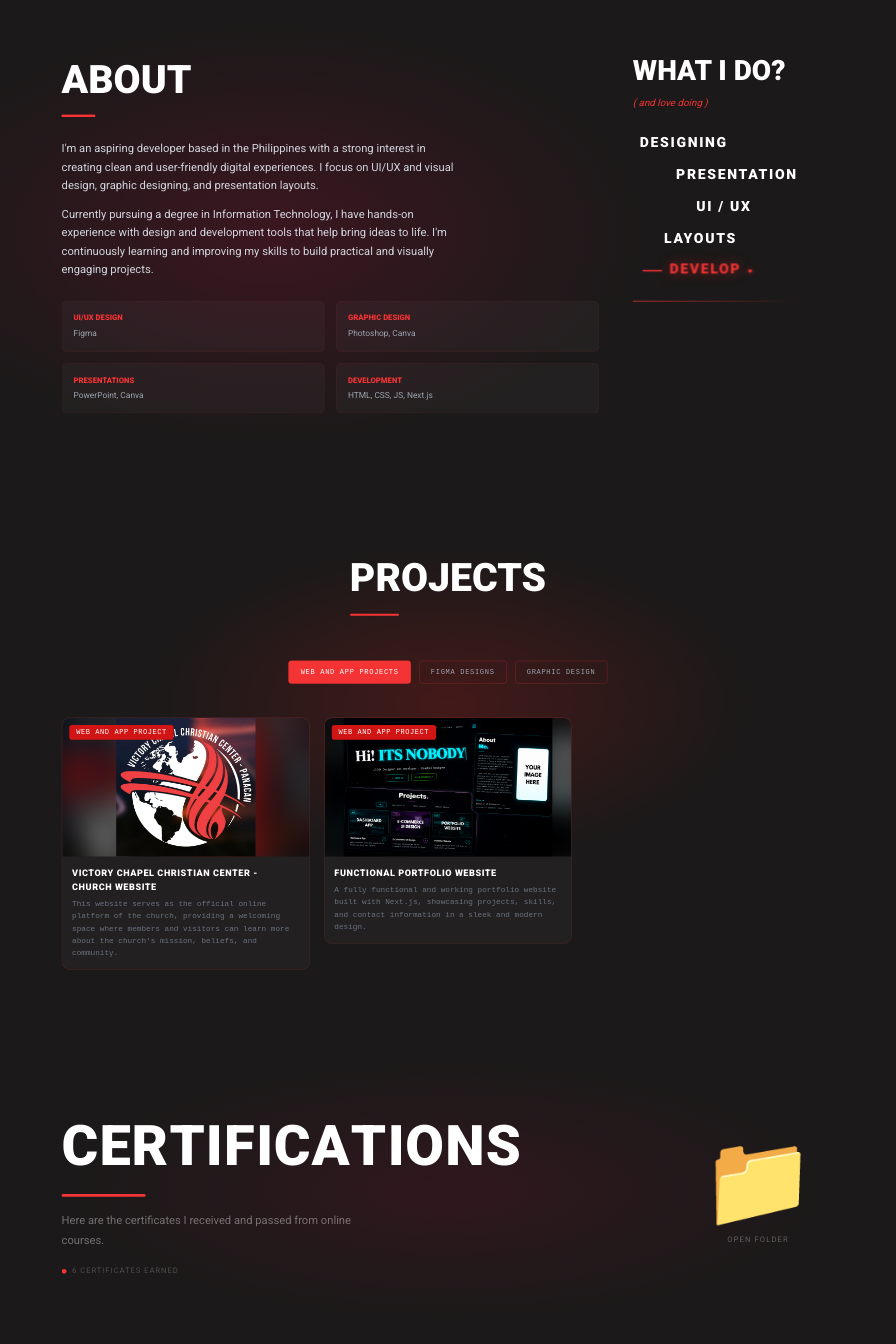
Repository: banbanny/my-portfolio
Page: /
These files come from the project's save history. The page is drawn as it stood at one moment and after the next save; the edit follows.
The browser window is 1280 px wide. The pictures show the part of the page from y = 744 to 2664 px (the page is 4275 px tall), at 70% of full size.
The project was rebuilt for these pictures with package versions that can differ from the ones it lists, and the page was loaded fresh each time. The framework's server and built-in components were replaced by stand-ins that run in the browser. Also part of the build but not shown: next.config.js.

Above is the page before, as saved 2026-05-07 15:37:16.

After the next save:
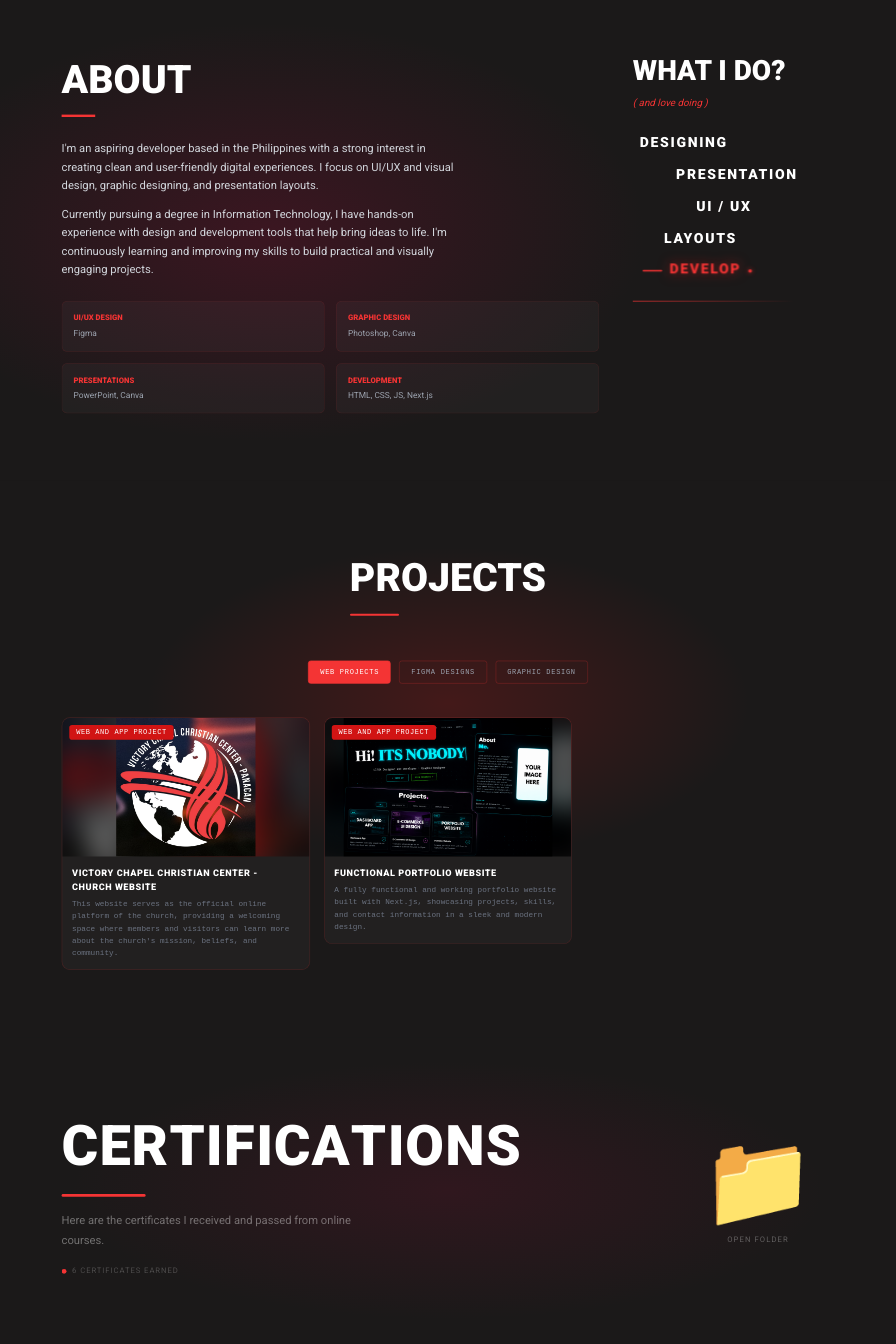
Saved 20 s later.
--- a/src/components/Projects.tsx
+++ b/src/components/Projects.tsx
@@ -49,7 +49,7 @@
 ];
 
 const filters: { label: string; value: ProjectType }[] = [
-  { label: "WEB and APP PROJECTS", value: "web" },
+  { label: "WEB  PROJECTS", value: "web" },
   { label: "FIGMA DESIGNS", value: "figma" },
   { label: "GRAPHIC DESIGN", value: "graphics" },
 ];

After the 3 saves that followed:
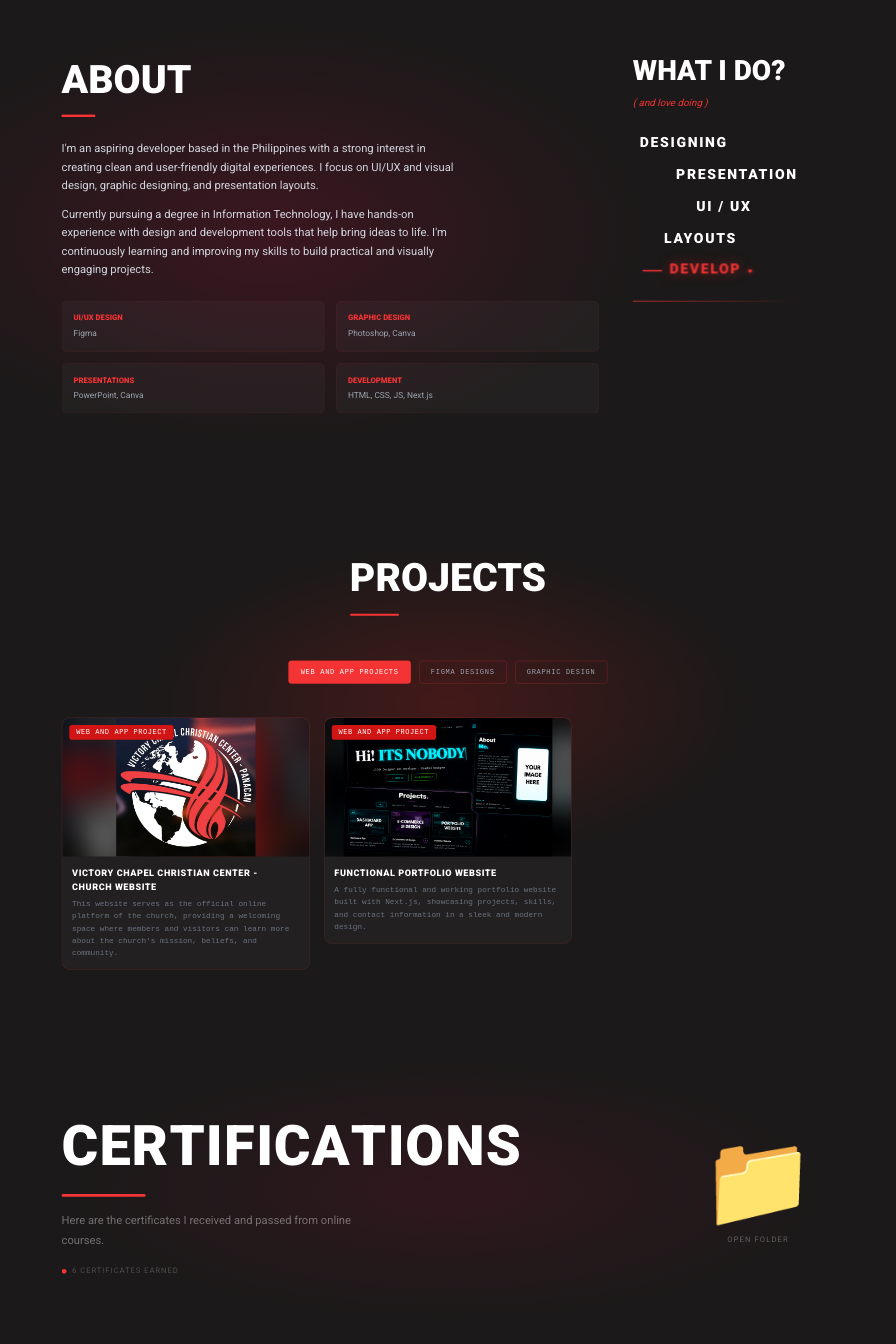
The 3 saves are shown as one change because they came seconds apart.
The last was saved 11 s later.
--- a/src/components/Projects.tsx
+++ b/src/components/Projects.tsx
@@ -49,7 +49,7 @@
 ];
 
 const filters: { label: string; value: ProjectType }[] = [
-  { label: "WEB  PROJECTS", value: "web" },
+  { label: "WEB and APP PROJECTS", value: "web" },
   { label: "FIGMA DESIGNS", value: "figma" },
   { label: "GRAPHIC DESIGN", value: "graphics" },
 ];
